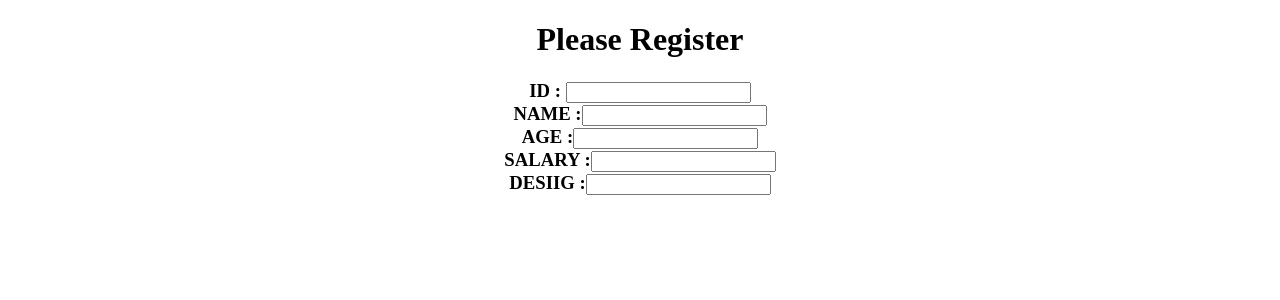
Repository: Thaneshwara848/E-Y
Page: Jdbc-Servlet-Jsp/WbeDemo2/src/main/webapp/Register.html
These files come from the project's save history. The page is drawn as it stood at one moment and after the next save; the edit follows.
The browser window is 1280 px wide. The pictures show the whole page.

Above is the page before, as saved 2023-05-19 11:29:18.

After the next save:
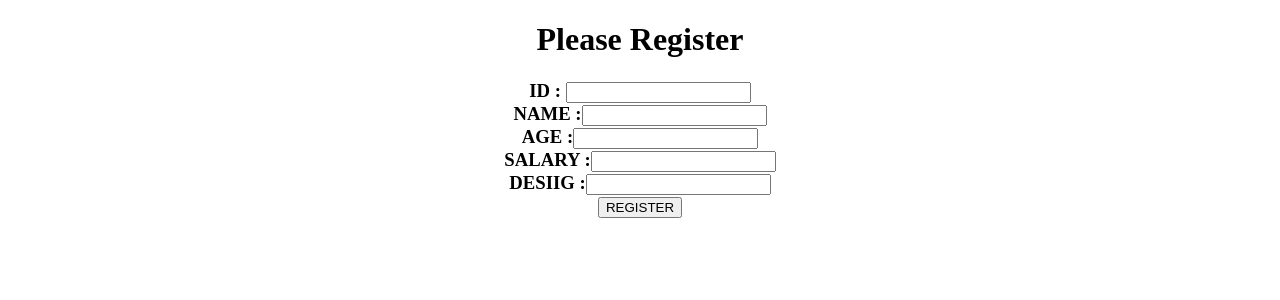
Saved 13 s later.
--- a/Jdbc-Servlet-Jsp/WbeDemo2/src/main/webapp/Register.html
+++ b/Jdbc-Servlet-Jsp/WbeDemo2/src/main/webapp/Register.html
@@ -15,6 +15,8 @@
 	SALARY :<input type="text"><br>
 	DESIIG :<input type="text"><br>
 
+	<input type="submit" value="REGISTER">
+
 	</h3>
 </div>
 
